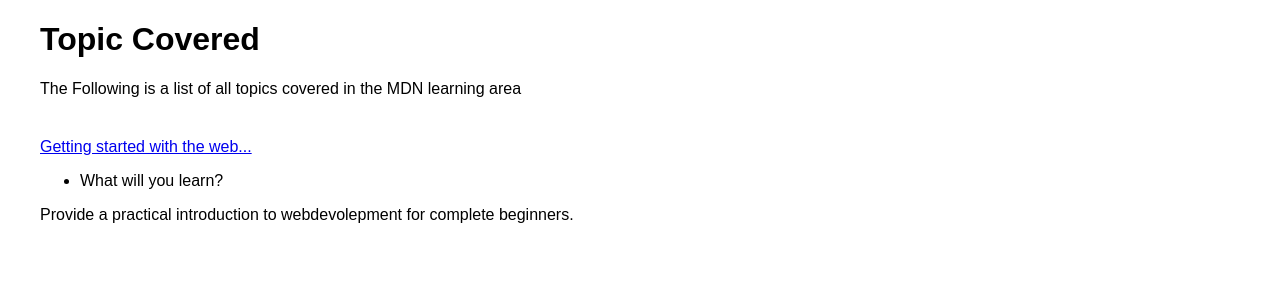
Repository: sriram1224/ReactProjects.github.io
Page: Assignments/Assignment1/index.html
An editor plug-in stored every save of this project. The page is shown before and after the next save, followed by the edit.
The browser window is 1280 px wide. The pictures show the whole page.

Above is the page before, as saved 2024-03-01 10:03:47.

After the next save:
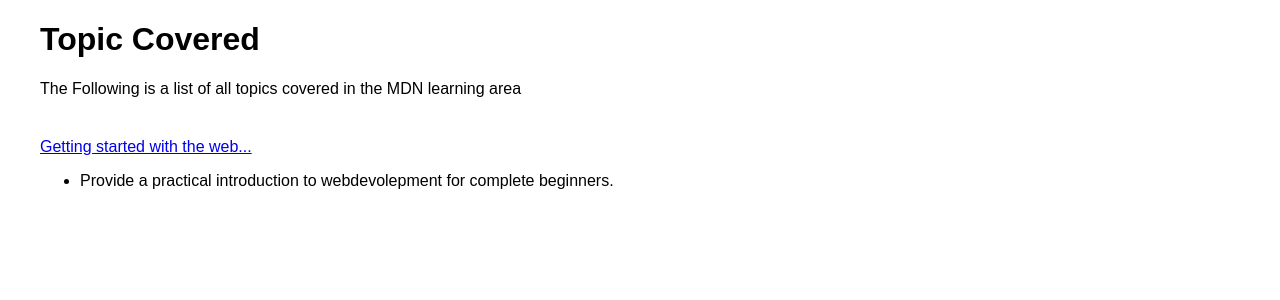
Saved 17 s later.
--- a/Assignments/Assignment1/index.html
+++ b/Assignments/Assignment1/index.html
@@ -46,10 +46,10 @@
       [
       React.createElement('a', {href: 'http://example.com'}, 'Getting started with the web...'),
       React.createElement('ul', {}, [
-        React.createElement('li', {}, 'What will you learn?'),
+        React.createElement('li', {}, 'Provide a practical introduction to webdevolepment for complete beginners.'),
 
       ]),
-      React.createElement('p', {}, 'Provide a practical introduction to webdevolepment for complete beginners.'),]);
+      React.createElement('p', {}, ''),]);
 
     const TopicList = () => React.createElement(
       'div',
